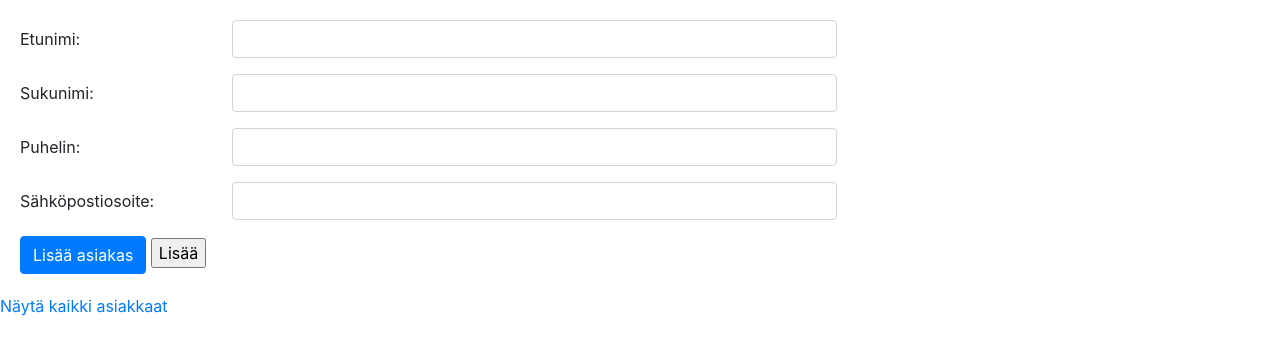
Repository: sarastu5/javaohjelmointi
Page: http://localhost/AsiakkaatWeb/lisaaasiakas.jsp
These files come from the project's save history. The page is drawn as it stood at one moment and after the next save; the edit follows.
The browser window is 1280 px wide. The pictures show the whole page.
Some web libraries are served in a nearby version. The page is served by Tomcat 9. The session is filled in as if someone had signed in: {"kayttaja": 1}.

Above is the page before, as saved 2018-05-04 18:49:55.

After the next save:
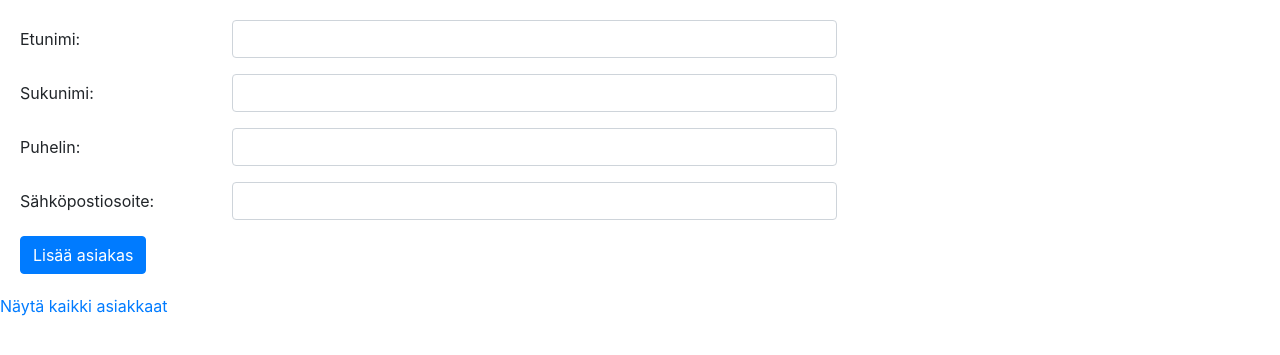
Saved 19 s later.
--- a/Java EE/AsiakkaatWeb/WebContent/lisaaasiakas.jsp
+++ b/Java EE/AsiakkaatWeb/WebContent/lisaaasiakas.jsp
@@ -40,10 +40,6 @@
 	  		</div>
 
 	  		<button type="submit" class="btn btn-primary" value="lisää">Lisää asiakas</button>
-
-	  		<tr>
-				<td colspan="2"><input type="submit" value="Lisää"></td>
-			</tr>
 		</form>
 	</div>
 
